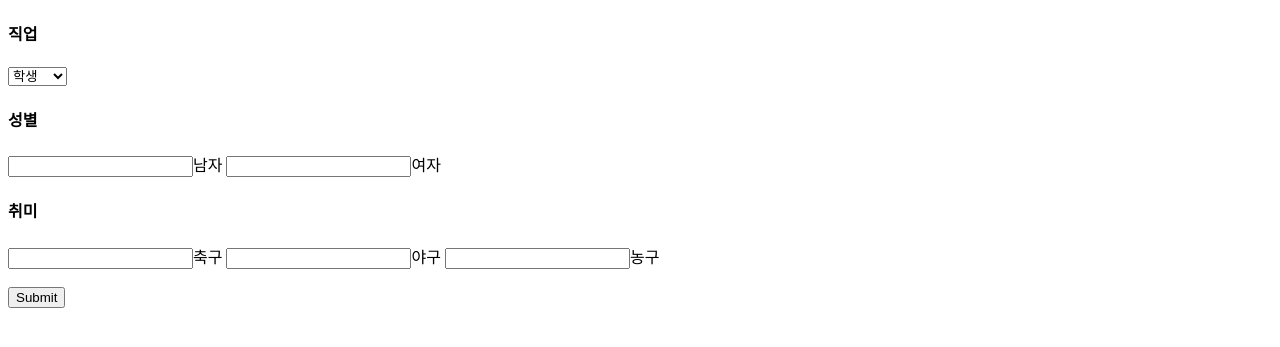
Repository: DongGeunLee99/SMHRD_
Page: 08_JSP/Ex01_GetPost/src/main/webapp/Ex03_UserInfo.html
An editor plug-in stored every save of this project. The page is shown before and after the next save, followed by the edit.
The browser window is 1280 px wide. The pictures show the whole page.

Above is the page before, as saved 2025-03-12 07:24:59.

### 08_JSP/Ex01_GetPost/src/main/webapp/Ex03_UserInfo.html
<!DOCTYPE html>
<html>
<head>
<meta charset="UTF-8">
<title>안녕클레오파트라</title>
</head>
<body>
	<form action="Ex03_UserInfo" method="post">
	      <h4>직업</h4>

	      <select name="job">
	         <option value="student">학생</option>
	         <option value="tracher">선생님</option>
	         <option value="developer">개발자</option>
	      </select>

	      <h4>성별</h4>
	      <!-- radio : 중복 x -->
	      <input type="">남자
	      <input type="">여자

	      <h4>취미</h4>

	      <input type="">축구
	      <input type="">야구
	      <input type="">농구

	      <br><br>
	      <input type="submit">
	   </form>
</body>
</html>

After the next save:
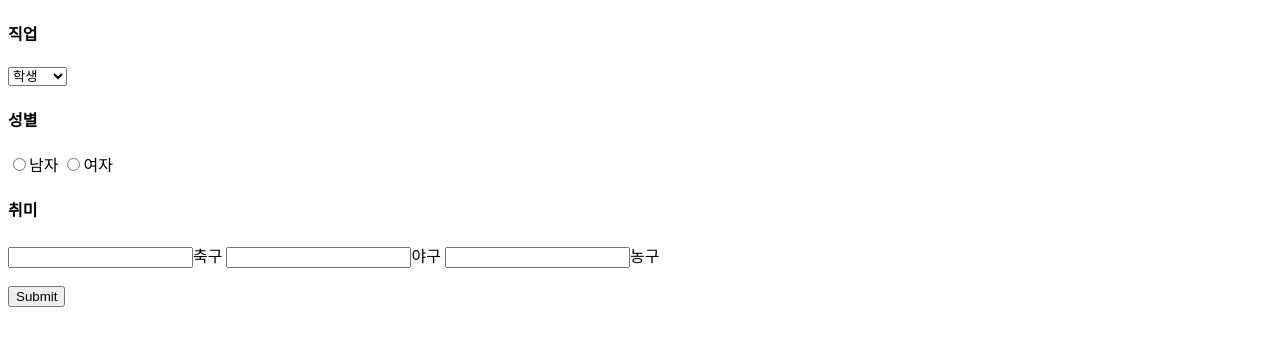
Saved 35 s later.
--- a/08_JSP/Ex01_GetPost/src/main/webapp/Ex03_UserInfo.html
+++ b/08_JSP/Ex01_GetPost/src/main/webapp/Ex03_UserInfo.html
@@ -16,8 +16,8 @@
 
 	      <h4>성별</h4>
 	      <!-- radio : 중복 x -->
-	      <input type="">남자
-	      <input type="">여자
+	      <input type="radio" name="">남자
+	      <input type="radio" name="">여자
 
 	      <h4>취미</h4>
 
